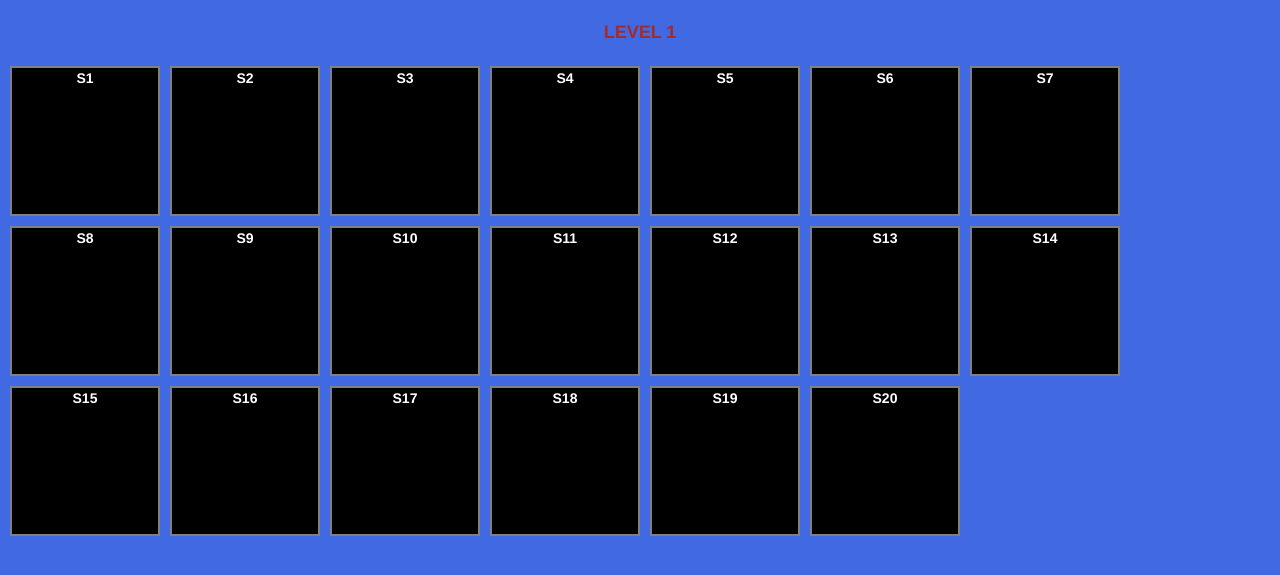
Repository: Shenba-Ps/Jsp-Servlet-B
Page: http://localhost/Test/Booking.jsp
The author's editor kept a copy of each file at every save. The page is drawn from the files as they stood at one save, then again after the next save.
The browser window is 1280 px wide. The pictures show the whole page.
The page is served by Tomcat 9.

Above is the page before, as saved 2023-06-15 13:25:38.

After the next save:
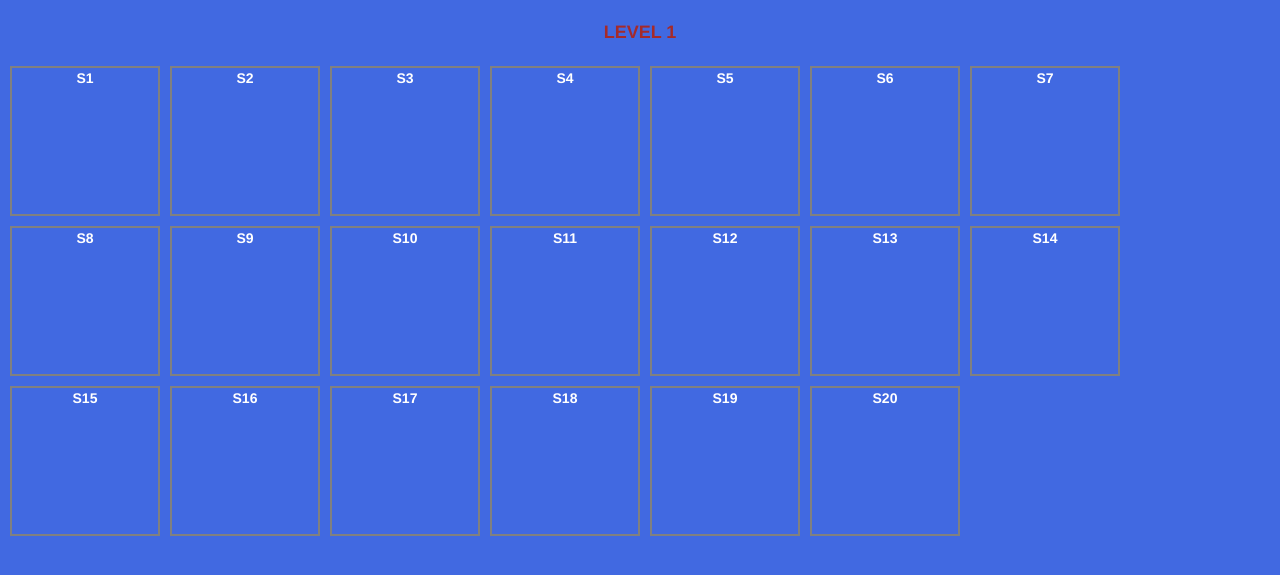
Saved 28 s later.
--- a/Test/src/main/webapp/Script/Common.css
+++ b/Test/src/main/webapp/Script/Common.css
@@ -29,15 +29,10 @@
 }
 
 .Free {
-	background-color: black;
+	background-color: whote;
 	color: white;
 	font-weight: 600;
 	text-align: center;
-}
-
-.SlotName {
-	height: 100%;
-	padding-top: 25%;
 }
 
 .Booked {
